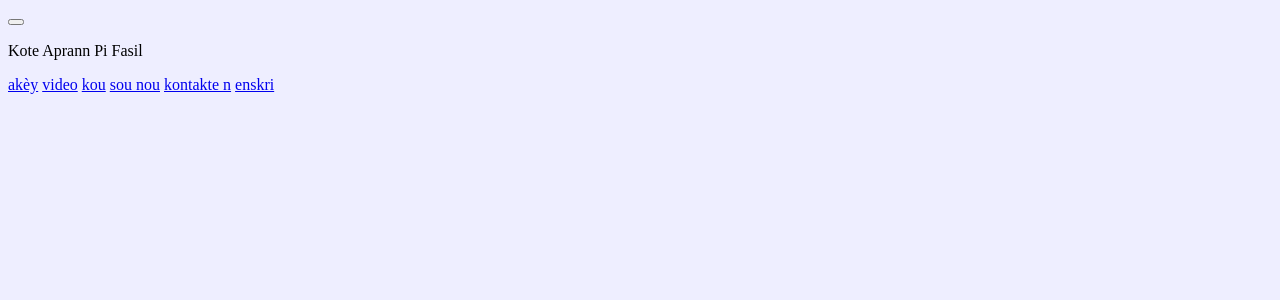
Repository: duperweb/docweb
Page: index.html
The author's editor kept a copy of each file at every save. The page is drawn from the files as they stood at one save, then again after the next save.
The browser window is 1280 px wide. The pictures show the whole page.

Above is the page before, as saved 2021-03-16 14:42:05.

After the next save:
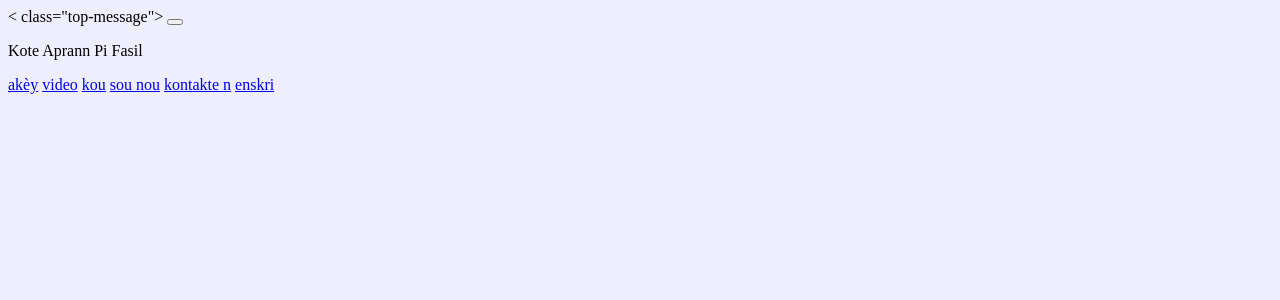
Saved 8 s later.
--- a/index.html
+++ b/index.html
@@ -10,7 +10,7 @@
 <body>
     <!--HEADER SECTION WITH ITS CHILD-->
     <header id="header-top">
-        <nav class="top-message">
+        < class="top-message">
             <!--the button menu for mobile devices-->
             <button id="button-top-menu"  title="KLIKE POU WE SA K GEN NAN MENU">
                     <span></span>

After the save that followed:
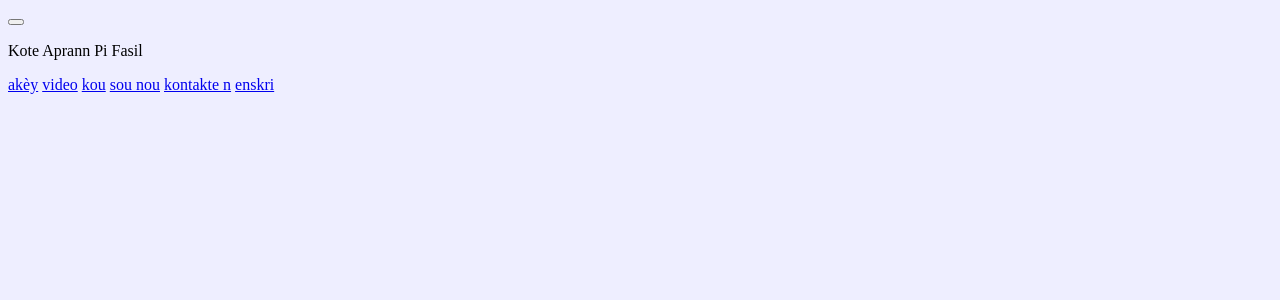
Saved 54 s later.
--- a/index.html
+++ b/index.html
@@ -10,7 +10,7 @@
 <body>
     <!--HEADER SECTION WITH ITS CHILD-->
     <header id="header-top">
-        < class="top-message">
+        <div class="top-message">
             <!--the button menu for mobile devices-->
             <button id="button-top-menu"  title="KLIKE POU WE SA K GEN NAN MENU">
                     <span></span>
